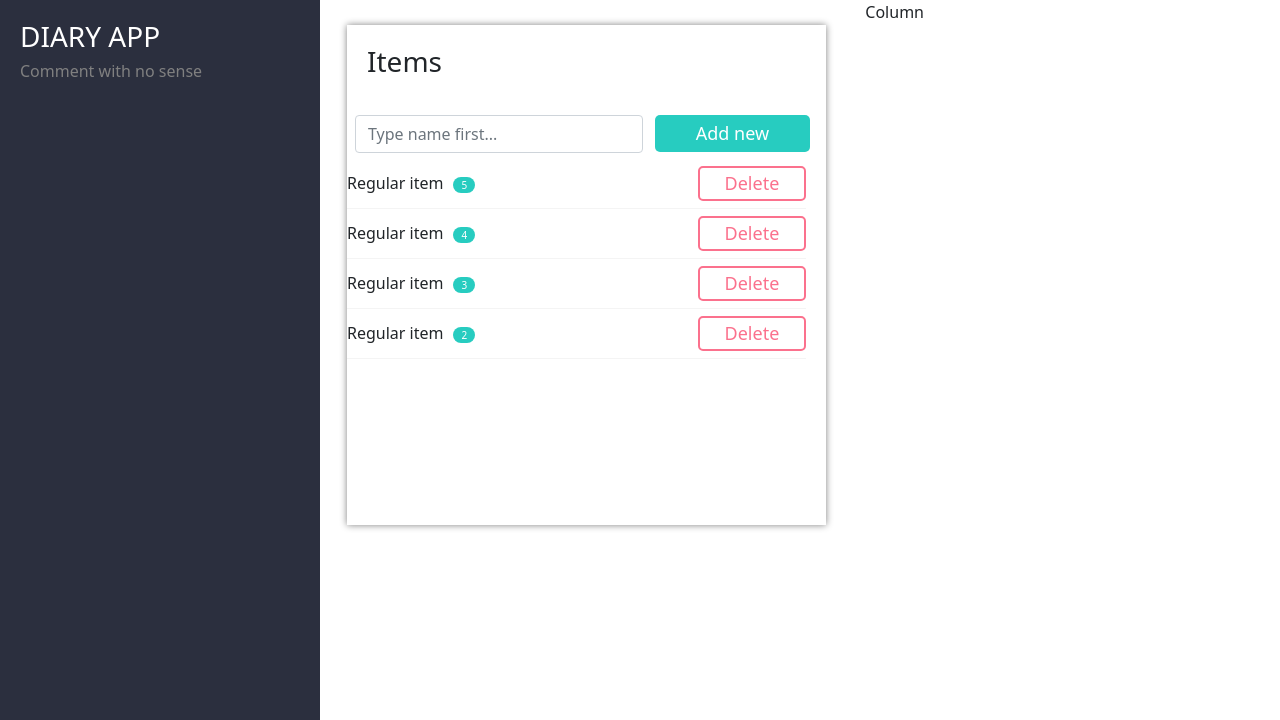
Repository: tsydikov/diary
Page: /
The author's editor kept a copy of each file at every save. The page is drawn from the files as they stood at one save, then again after the next save.
The browser window is 1280 px wide. The pictures show the whole page.
The project was rebuilt for these pictures with package versions that can differ from the ones it lists, and the page was loaded fresh each time.

Above is the page before, as saved 2021-09-10 21:42:42.

### public/index.html
<!DOCTYPE html>
<html lang="en">
  <head>
    <meta charset="utf-8" />
    <meta name="viewport" content="width=device-width, initial-scale=1" />
    <link href="https://cdn.jsdelivr.net/npm/bootstrap@5.1.1/dist/css/bootstrap.min.css" rel="stylesheet" integrity="sha384-F3w7mX95PdgyTmZZMECAngseQB83DfGTowi0iMjiWaeVhAn4FJkqJByhZMI3AhiU" crossorigin="anonymous">
    <title>Diary App</title>
  </head>
  <body>
    <noscript>You need to enable JavaScript to run this app.</noscript>
    <div id="root"></div>
  </body>
</html>

### src/App.js
import React, { useState } from "react";
import Navbar from "./UI/Navbar/Navbar";
import './styles/App.css'
import Items from "./components/Items";
import ItemForm from "./components/ItemForm";

function App() {
  const [items, setItems] = useState([
    { id: 1, title: 'Regular item', comments: [1, 2, 3, 4, 5] },
    { id: 2, title: 'Regular item', comments: [1, 2, 3, 4] },
    { id: 3, title: 'Regular item', comments: [1, 2, 3] },
    { id: 4, title: 'Regular item', comments: [1, 2] },
  ])
  const createItem = (newItem) => {
    setItems([...items, newItem])
  }


  return (
    <div className="container-fluid" >
      <div className="row " >
        <div className="col-3 px-0" >
          <Navbar />
        </div>
        <div className="col-5">
          <div className="items_cotainer">
            <ItemForm create={createItem} />
            <Items items={items} />
          </div>
        </div>
        <div className="col-4">
          Column
    </div>
      </div>
    </div>
  );
}

export default App;

### src/UI/Navbar/Navbar.jsx
import React from 'react';
import cl from './Navbar.module.css'
// style={{background:'red'}}
const Navbar = () => {
    return (
        <div className={cl.container} >
            <h1>diary app</h1>
            <h3>Comment with no sense</h3>
        </div>
    );
};

export default Navbar;

### src/styles/App.css
* {
    margin: 0;
    padding: 0;
    box-sizing: border-box;
}

#root {
    display: flex;
    flex-direction: column;
    align-items: center;
}

.item_cotainer {
    display: flex;
    justify-content: space-between;
    align-items: center;
    padding: 5px 0;
}

.item_cotainer span {
    font-size: 10px;
    color: white;
    background-color: #27ccc0;
    border-radius: 20px;
    margin: 0 10px;
    padding: 1px 8px;
}

hr {
    margin: 2px 0;
    background: lightgray;
    /* background: tomato; */
}

.items_cotainer {
    /* border: 5px ridge grey; */
    box-shadow: 0 0 7px grey;
    margin: 15px;
    margin-top: 25px;
    min-height: 500px;
    padding-right: 20px;
}

.h3 {
    padding: 20px;
}

### src/components/Items.jsx
import React from 'react';
import Item from './Item';

const Items = ({items}) => {

    return (
        <div>
            {items.map(item =>
                <div>
                    <Item item={item} key={item.id} />
                    <hr />
                </div>
            )}
        </div>
    );
};

export default Items;

### src/components/ItemForm.jsx
import React, { useState } from 'react';
import Button from '../UI/Buttons/Button';

const ItemForm = ({create}) => {
    const [title, setTitle] = useState('')

    const addNewItem = (e) => {
        e.preventDefault()
        const newItem = {
          id: Date.now(),
          title,
          comments: []
        }
        create(newItem)
        setTitle('')
      }

    return (
        <div className="container-fluid px-0" >
            <h3 className="h3">Items</h3>
            <div className="row p-2">
              <div className="col-8 ">
                <input
                  value={title}
                  onChange={e => setTitle(e.target.value)}
                  className="form-control me-2"
                  type="text"
                  placeholder="Type name first..."
                />
              </div>
              <div className="col-4 p-0">
                <Button onClick={addNewItem} >Add new</Button>
              </div>
            </div>
          </div>
    );
};

export default ItemForm;

### src/UI/Navbar/Navbar.module.css
.container {
    background: #2b2f3e;
    height: 100vh;
    padding: 20px;
    /* width: initial; */
}

.container h1 {
    text-transform: uppercase;
    color:white;
    font-size: 28px;
    font-weight:200;
}

.container h3 {
    color:grey;
    font-size: 16px;
    font-weight:200;
}

### src/components/Item.jsx
import React from 'react';
import ButtonDelete from '../UI/Buttons/ButtonDelete';

const Item = (props) => {
    return (
        <div className="item_cotainer">
              <div>
                {props.item.title}<span>{props.item.comments.length}</span>
              </div>
              <ButtonDelete>
                Delete
                </ButtonDelete>
            </div>
    );
};

export default Item;

### src/UI/Buttons/Button.jsx
import React from 'react'
import cl from "./Button.module.css";

const Button = ({ children, ...props }) => {
    return (
        <button {...props} className={cl.Btn}>
            {children}
        </button>
    )
}

export default Button;

### src/UI/Buttons/ButtonDelete.jsx
import React from 'react'
import cl from "./Button.module.css";

const ButtonDelete = ({ children, ...props }) => {
    return (
        <button {...props} className={cl.BtnDel}>
            {children}
        </button>
    )
}

export default ButtonDelete;

### src/UI/Buttons/Button.module.css
.Btn {
    padding: 5px 10px;
    color: white;
    font-size: 18px;
    border: none;
    cursor: pointer;
    background-color: #27ccc0;
    border-radius: 5px;
    display:flex;
    align-items:stretch;
    justify-content: center;
    text-align: center;
    width: 100%;
}
.BtnDel {
    padding: 2px 25px;
    color: #fb718d;
    font-size: 18px;
    border: 2px solid #fb718d;
    cursor: pointer;
    background-color: white;
    border-radius: 5px;
    display:flex;
    align-items:stretch;
    text-align: center;
}

/* .BtnCancel svg {
    height: 1rem;
    padding-right: 5px;
    padding-bottom: 3px;
} */

Loaded but not shown: src/index.js (common file)

After the next save:
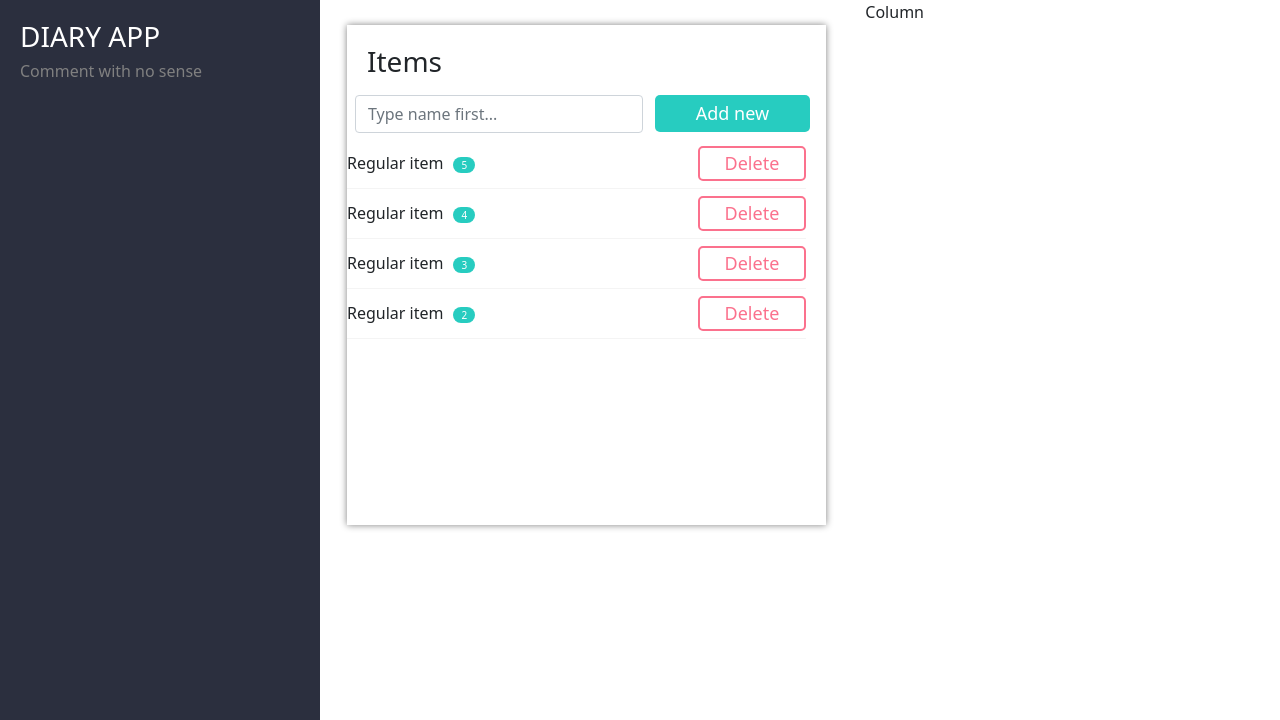
Saved 36 s later.
--- a/src/styles/App.css
+++ b/src/styles/App.css
@@ -42,5 +42,6 @@ hr {
 }
 
 .h3 {
-    padding: 20px;
+    padding-top: 20px;
+    padding-left: 20px;
 }
